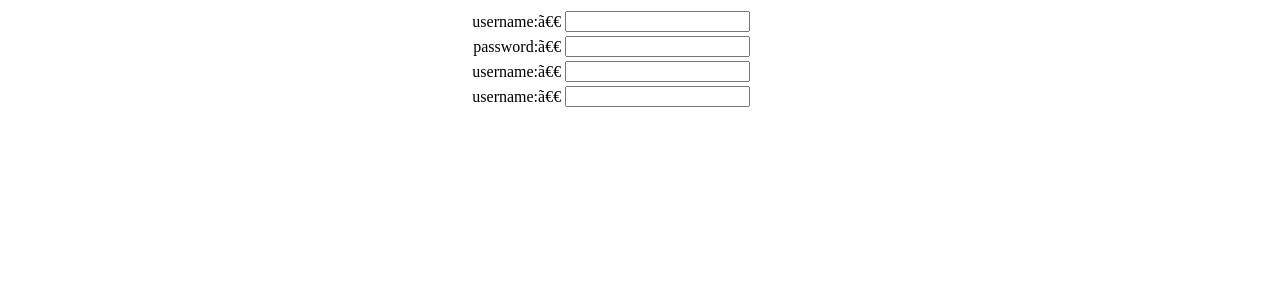
Repository: GetHubByYc/MyEclipse
Page: http://localhost/CheckLogin/reg.jsp
The author's editor kept a copy of each file at every save. The page is drawn from the files as they stood at one save, then again after the next save.
The browser window is 1280 px wide. The pictures show the whole page.
The page is served by Tomcat 9.

Above is the page before, as saved 2015-11-13 14:08:01.

After the next save:
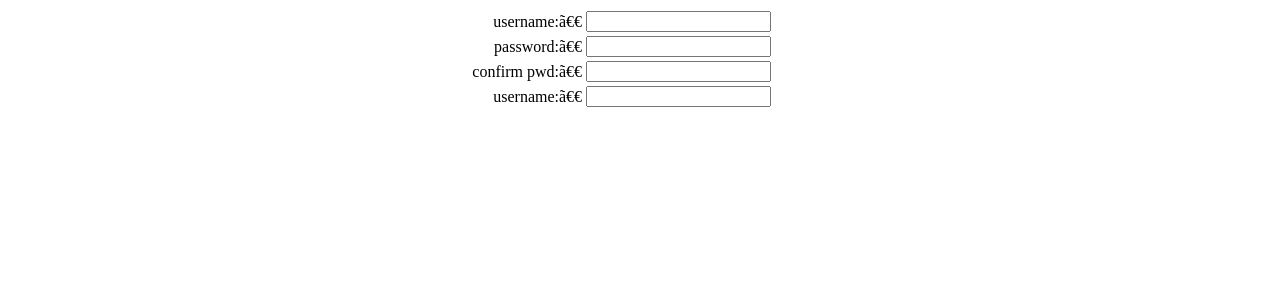
Saved 7 s later.
--- a/CheckLogin/WebRoot/reg.jsp
+++ b/CheckLogin/WebRoot/reg.jsp
@@ -27,7 +27,7 @@
     		<td><input type="text" name="pwd" ></td>
     	</tr>
     	<tr>
-    		<td align="right">username:　</td>
+    		<td align="right">confirm pwd:　</td>
     		<td><input type="text" name="username" ></td>
     	</tr>
     	<tr>
